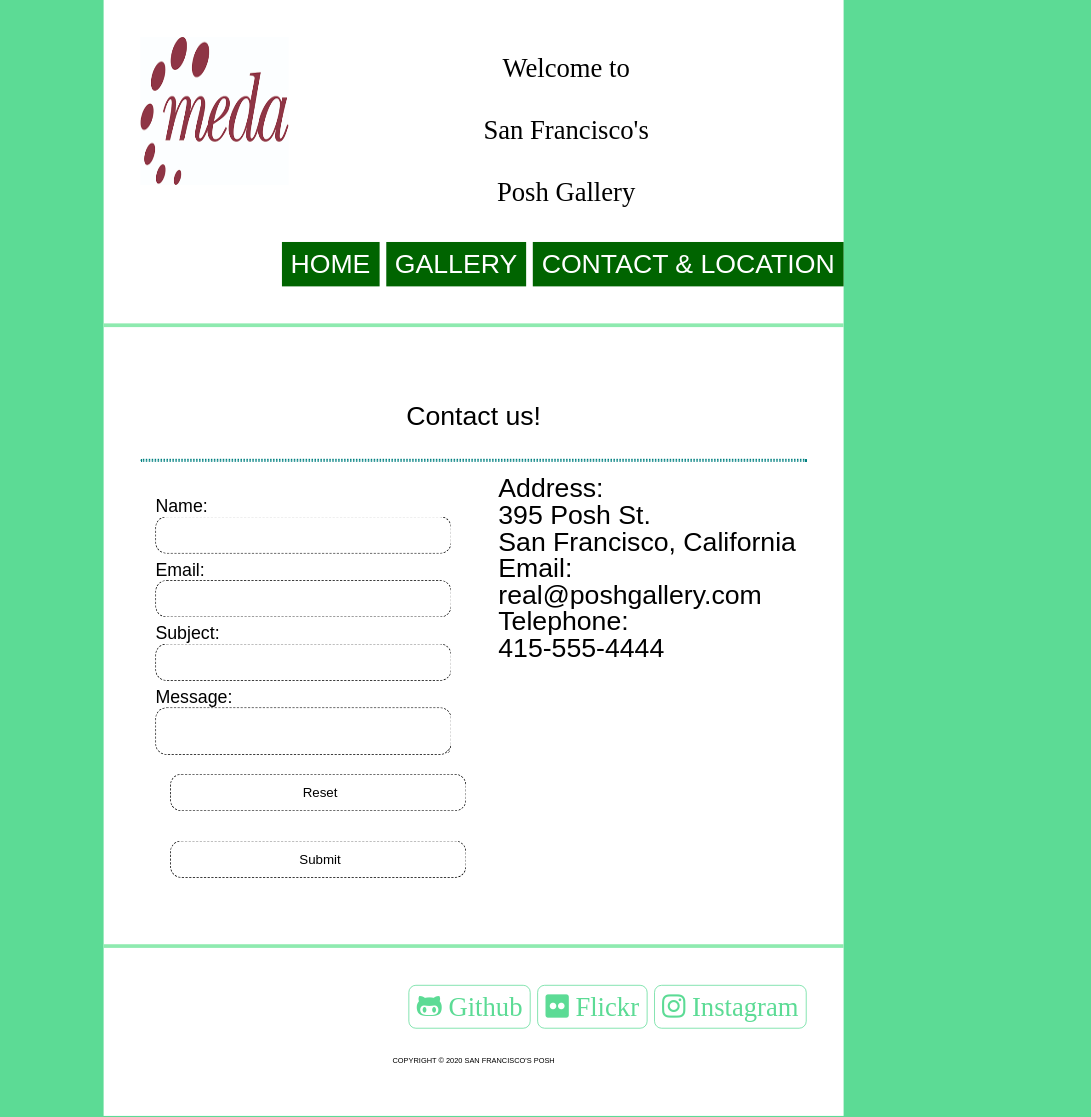
Repository: seleniadelgado/meda-spring2020-angie
Page: practice/html/week_4/multipage-css/contact.html
These files come from the project's save history. The page is drawn as it stood at one moment and after the next save; the edit follows.
The browser window is 1280 px wide. The page is 1280 px wide, then 1474 px, so the pictures cover 1474 px, including what lies to the right of the window. The pictures show the whole page, at 74% of full size.

Above is the page before, as saved 2020-02-13 11:41:57.

### practice/html/week_4/multipage-css/contact.html
<!DOCTYPE html>
<html lang="en">
<head>
    <meta charset=utf-8>
    <title>SF's Posh Gallery | Homepage</title>
    <meta name="viewport" content="width=device-width, initial-scale=1">
    <link rel="stylesheet" type="text/css" href="styles/reset.css">
    <link rel="stylesheet" type="text/css" href="styles/all.min.css">
    <link rel="stylesheet" type="text/css" href="styles/style.css">

</head>
<body>
    <header>
        <div>
            <a href="index.html"><img id="logo" src="images/logo.png" alt="logo" width="200" height="200"></a>
        </div>
        <div id="title-container">
            <h1>Welcome to<br>San Francisco's<br>Posh Gallery</h1>
        </div>
        <nav>
            <ul>
                <li><a href="index.html">Home</a></li>
                <li><a href="gallery.html">Gallery</a></li>
                <li><a href="index.html">Contact & Location</a></li>
            </ul>
        </nav>
    </header>

    <main id="contact">
        <h1>Contact us!</h1>
        <hr/>
        <div id="contact-flexbox">
            <!--div:first-child selects the following: -->
            <div>
                <form id="contact-form" action="#">
                    <label for="name">Name: </label>
                    <input type="text" id="name">
                    <br>
                    <label for="email">Email: </label>
                    <input type="text" id="email">
                    <br>
                    <label for="subject">Subject: </label>
                    <input type="text" id="subject">
                    <br>
                    <label for="message">Message:</label>
                    <textarea id="message"></textarea>
                    <br>
                    <input class="form-buttons" type="reset">
                    <input class="form-buttons" type="submit">
                </form>
            </div>
            <!--div:last-child selects the following:-->
            <div>

                <dl id="additional-info">
                    <dt>Address:</dt>
                    <dd>395 Posh St. <br> San Francisco, California</dd>
                    <dt>Email:</dt>
                    <dd>real@poshgallery.com</dd>
                    <dt>Telephone:</dt>
                    <dd>415-555-4444</dd>
                </dl>
            </div>
        </div>
    </main>

    <footer>
        <section id="social-links">
            <ul>
                <div class="lis">
                <li><a href="https://www.github.com"><i class="fab fa-github-alt"></i> Github</a></li>
                <li><a href="https://www.flickr.com"><i class="fab fa-flickr"></i> Flickr</a></li>
                <li><a href="https://www.Instagram.com"><i class="fab fa-instagram"></i> Instagram</a></li>
                </div>
            </ul>
        </section>
        <section>
            <p id="copyright">Copyright &copy; 2020 San Francisco's Posh</p>
        </section>
    </footer>
</body>

</html>

### practice/html/week_4/multipage-css/styles/style.css
body {
    background-color: #5cdb95;
    color: black;
}
header, main, footer {
    width: 900px;
    background-color: white;
    margin: 0 auto;
    padding: 50px;
    font-size: 36px;
}
/* Header style start*/
header {
    padding-right: 0;
    width: 950px;
}
header, main {
    border-bottom: #8EEaAF 5px solid;
}
header h1 {
    font-family: "Zapfino";
    font-size: "48px";
    text-align: center;
    color: darkslategray
    text-shadow: darkolivegreen;
    line-height: 84px;
}
#logo {
    float: left;
}
#little-container{
    margin-left: 200px;
}
nav ul li {
    display: inline-block;
    background-color: #8EEaAF;
    padding: 12px;
    margin-top: 25px;
    color: white;
    text-transform: uppercase;
    font-family: Arial, Helvetica, sans-serif;
}
nav ul li {
    background-color: darkgreen;
}
nav ul {
    text-align: right;
}
nav ul li a{
    text-decoration: none;
}
nav ul li a:link {
    color: white;
}

nav ul li a:visited{
    color: white;
}
nav ul li a:hover {
    text-decoration: none;
    color: #8EEaAF;
}

nav ul li a:active {
    color: darkgray;
}


/* header style ends */

/*Footer style starts*/
footer p {
    color: black;
    font-family: "Arial";
    line-height: 48px;
}
#copyright {
    text-align: center;
    font-size: 10px;
    text-transform: uppercase;
}
#social-links ul{
    text-align: right;
    margin-bottom: 20px;
}
#social-links ul li {
    display: inline-block;
    border: solid 1px #5cdb95;
    border-radius: 10px;;
    padding: 10px;
}
#social-links ul a:hover, #social-links ul li:hover {
    color: white;
    background-color: #8EEaAF;
}
#social-links ul li a {
    text-decoration: none;
    color: #5cdb95;;
}

/*Footer style ends*/
/*Main default styles*/
main {
    font-family: Arial;
    color: black;
}
main h1 {
    font-family: "Zapfino"
    font-size: 36px;
    text-align: center;
    line-height: 80px;
    margin-top: 30px;
}
main p {
    font-size: 24px;
}
/*main default style ends*/


/* homepage style start*/
main#homepage p {
    margin: 20px;
    line-height: 30px;
    text-align: justify;
}
/* homepage style end*/
/* gallery style end*/
#gallery div{
    display: flex;
    flex-wrap: wrap;
    justify-content: space-around;
    margin: 20px;
}
#gallery div img{
    width: 200px;
    height: 300px;
}
/*gallery end*/

/*contact start*/
#contact > hr {
    border: dotted 2px teal;
}
#contact-flexbox {
    display: flex;
}

#contact-flexbox div:first-child {
    flex-grow: 3;
}

#contact-flexbox div:last-child {
    flex-grow: 1;
    background-color: ;

}

#contact-form {
    width: 400px;
    margin: 20px;
}

#contact-form label {
    font-size: 24px;
}

#contact-form input {
    border: dashed 1px black;
    width: 400px;
    height: 50px;
    border-radius: 15px;
    box-sizing: border-box;
    font-size: 18px;
    color: black;
    padding-left: 11px;
    background-color: white;
}
.form-buttons {
    margin: 20px;
    color: turquoise;
    font-size: 18px;
    width: 360px;
}
#contact-form .form-buttons:hover {
    border: solid blue 5px;
}
#contact-form textarea {
    border: dashed 1px black;
    color: turquoise;
    border-radius: 15px;
    width: 100%;
    box-sizing: border-box;
    padding: 11px;
    font-size: 18px;
}

/*contact end*/

Loaded but not shown: practice/html/week_4/multipage-css/styles/reset.css (common file); practice/html/week_4/multipage-css/styles/all.min.css (library)

After the next save:
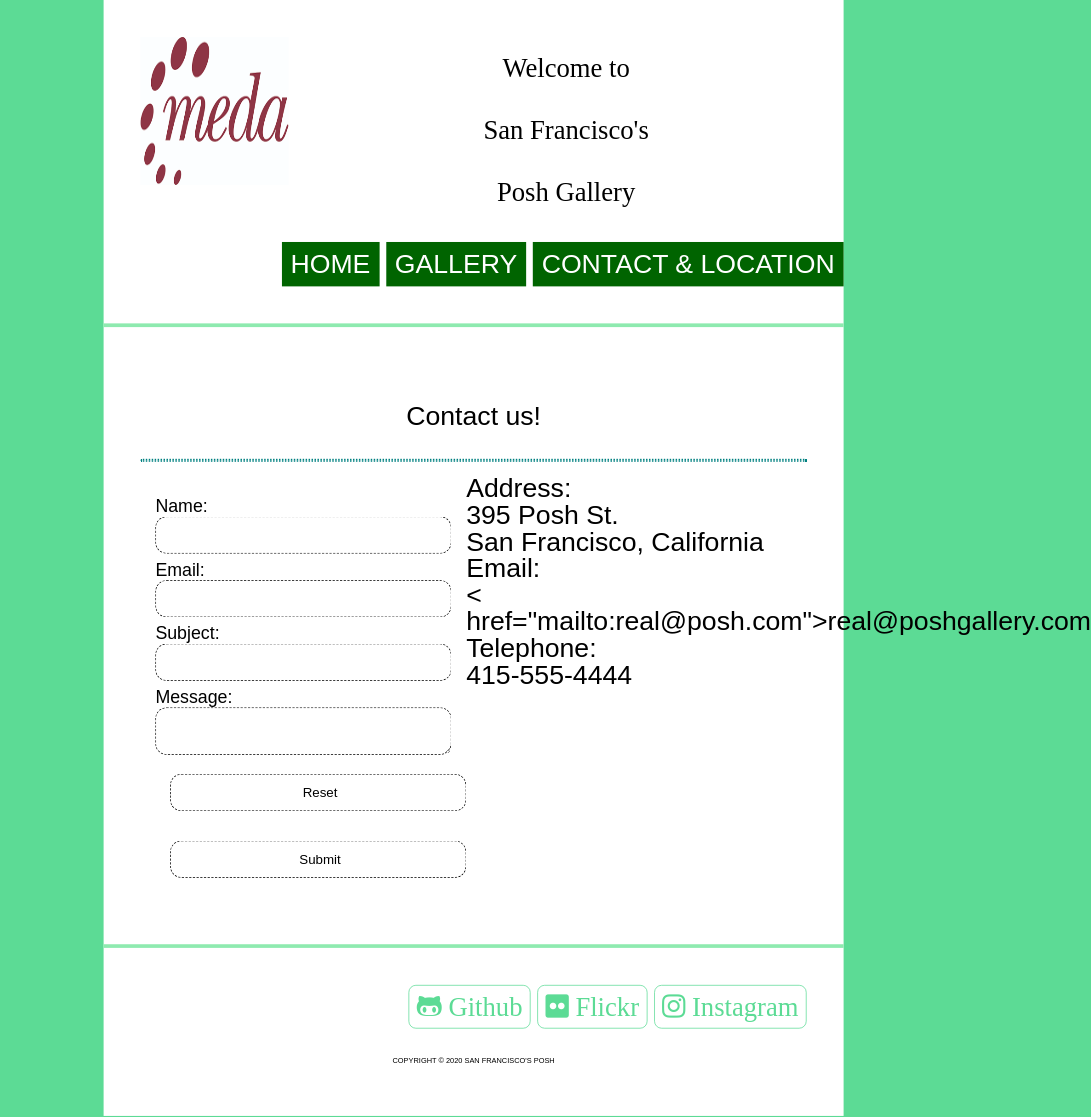
Saved 83 s later.
--- a/practice/html/week_4/multipage-css/contact.html
+++ b/practice/html/week_4/multipage-css/contact.html
@@ -56,7 +56,8 @@
                     <dt>Address:</dt>
                     <dd>395 Posh St. <br> San Francisco, California</dd>
                     <dt>Email:</dt>
-                    <dd>real@poshgallery.com</dd>
+                    <!--anchor element <a href="mailto:realemail"> around email so it is clickable-->
+                    <dd>< href="mailto:real@posh.com">real@poshgallery.com</a></dd>
                     <dt>Telephone:</dt>
                     <dd>415-555-4444</dd>
                 </dl>
